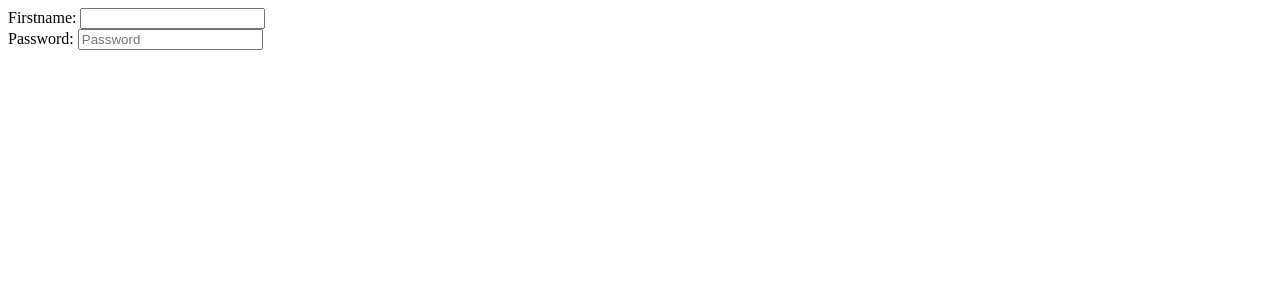
Repository: Tranghii/HTML-CSS
Page: HTML&CSS/form.html
The author's editor kept a copy of each file at every save. The page is drawn from the files as they stood at one save, then again after the next save.
The browser window is 1280 px wide. The pictures show the whole page.

Above is the page before, as saved 2025-10-11 16:55:15.

After the next save:
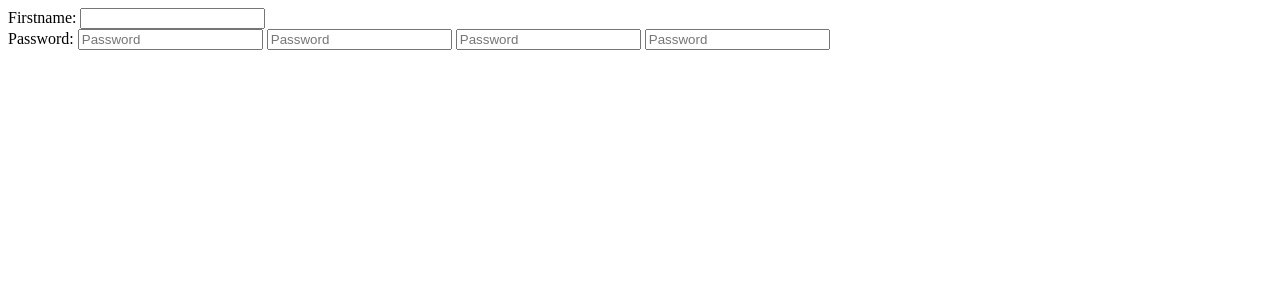
Saved 7 s later.
--- a/HTML&CSS/form.html
+++ b/HTML&CSS/form.html
@@ -12,6 +12,9 @@
         <br>
         <label for="">Password:</label>
         <input type="Password" name="pass" id="pass" placeholder="Password">
+        <input type="Password" name="pass" id="pass" placeholder="Password">
+        <input type="Password" name="pass" id="pass" placeholder="Password">
+        <input type="Password" name="pass" id="pass" placeholder="Password">
 
     </form>
 </body>
